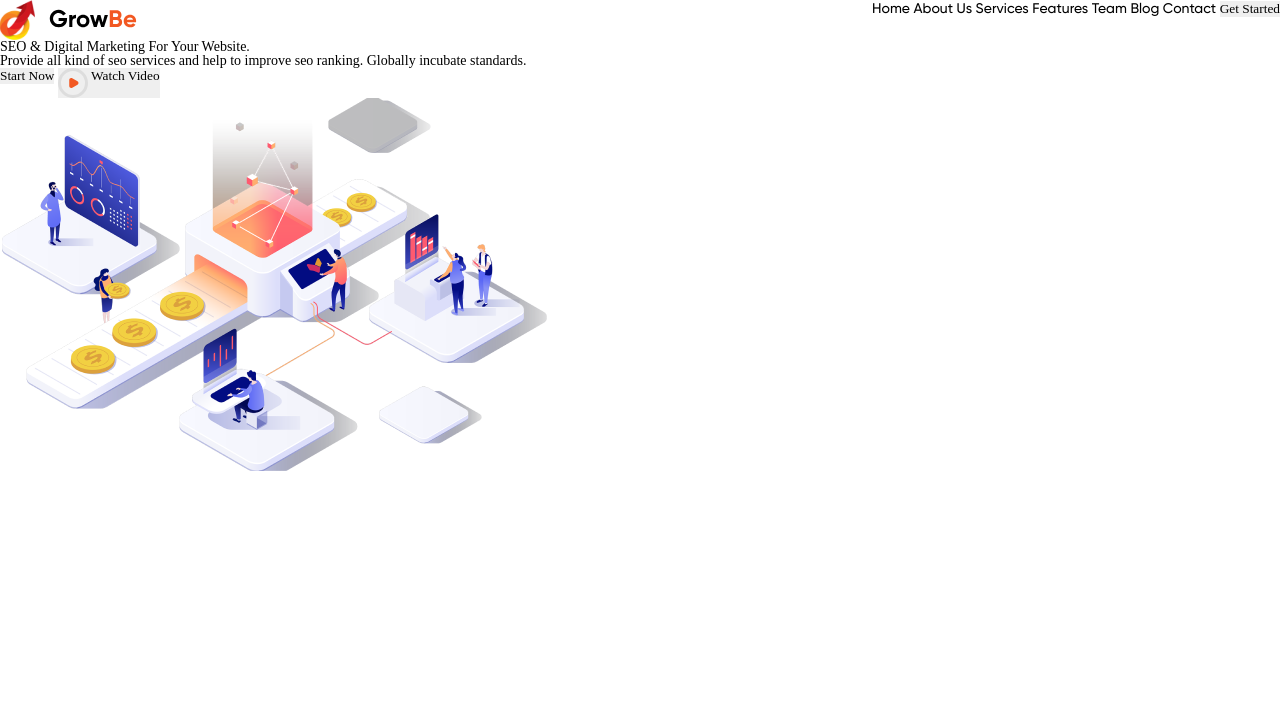
Repository: Alekseiy1980/GrowBe
Page: index.html
These files come from the project's save history. The page is drawn as it stood at one moment and after the next save; the edit follows.
The browser window is 1280 px wide. The pictures show the whole page.

Above is the page before, as saved 2024-01-20 11:29:48.

After the next save:
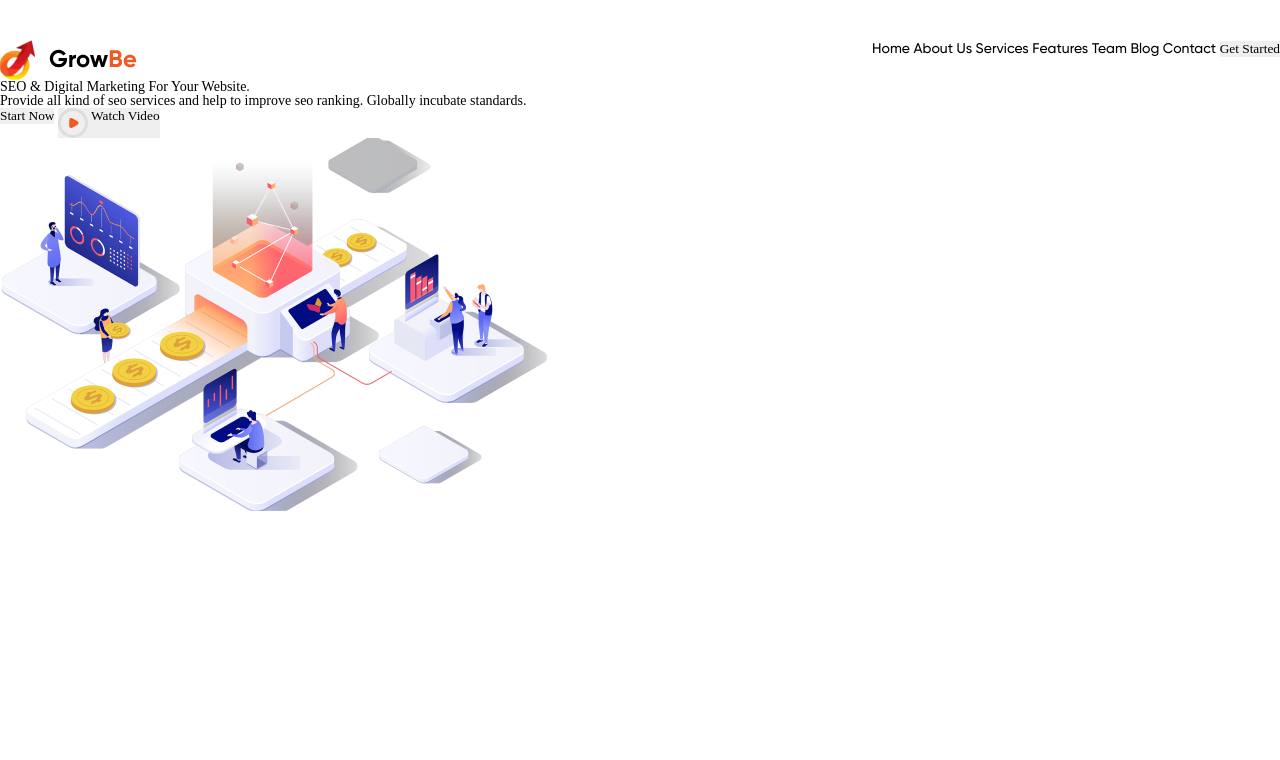
Saved 52 s later.
--- a/css/style.css
+++ b/css/style.css
@@ -25,6 +25,7 @@ body {
 .menu_bar{
     display: flex;
     justify-content: space-between;
+    margin-top: 40px;
 }
 
 .logo{
